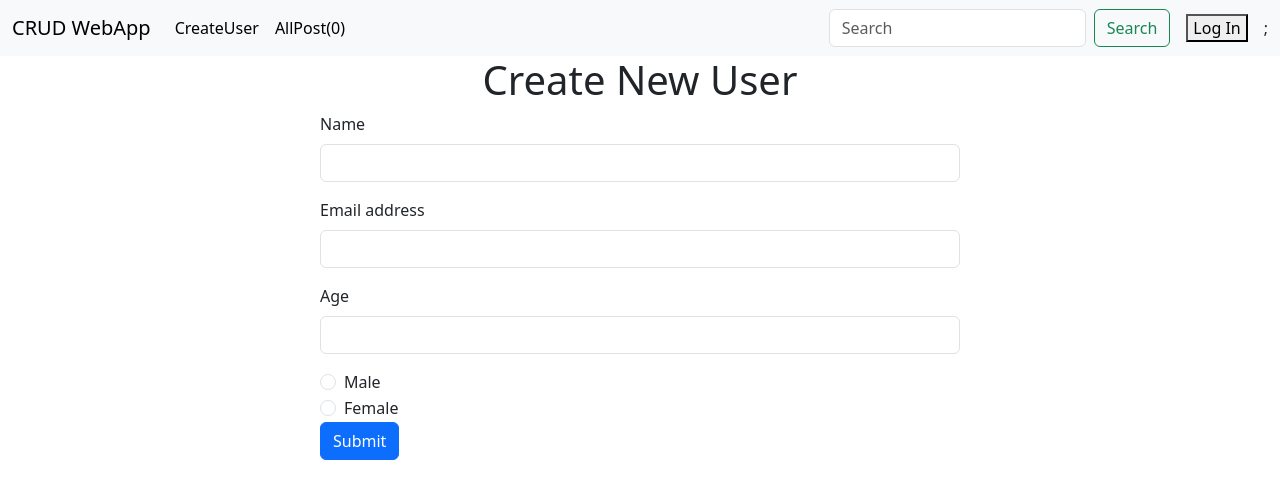
Repository: suraj-yadav7/createpost-redux
Page: /
An editor plug-in stored every save of this project. The page is shown before and after the next save, followed by the edit.
The browser window is 1280 px wide. The pictures show the whole page.
The project was rebuilt for these pictures with package versions that can differ from the ones it lists, and the page was loaded fresh each time. Also part of the build but not shown: vite.config.js, src/App.css, src/assets/viewuser.css, src/components/ViewUser.jsx, src/components/UpdateUser.jsx, src/components/Read.jsx, src/index.css.

Above is the page before, as saved 2023-05-25 23:34:44.

### index.html
<!DOCTYPE html>
<html lang="en">
  <head>
    <meta charset="UTF-8" />
    <link rel="icon" type="image/svg+xml" href="/vite.svg" />
    <meta name="viewport" content="width=device-width, initial-scale=1.0" />
    <link href="https://cdn.jsdelivr.net/npm/bootstrap@5.3.0-alpha3/dist/css/bootstrap.min.css" rel="stylesheet" integrity="sha384-KK94CHFLLe+nY2dmCWGMq91rCGa5gtU4mk92HdvYe+M/SXH301p5ILy+dN9+nJOZ" crossorigin="anonymous">
    <title>CRUD WebApp</title>
  </head>
  <body>
    <div id="root"></div>
    <script type="module" src="/src/main.jsx"></script>
    <script src="https://cdn.jsdelivr.net/npm/bootstrap@5.3.0-alpha3/dist/js/bootstrap.bundle.min.js" integrity="sha384-ENjdO4Dr2bkBIFxQpeoTz1HIcje39Wm4jDKdf19U8gI4ddQ3GYNS7NTKfAdVQSZe" crossorigin="anonymous"></script>
  </body>
</html>
  </body>
</html>

### src/main.jsx
import React from 'react'
import ReactDOM from 'react-dom/client'
import App from './App.jsx'
import './index.css'
import { Provider } from 'react-redux'
import store from "./store/store.jsx"
import { Auth0Provider } from "@auth0/auth0-react";

ReactDOM.createRoot(document.getElementById('root')).render(
  <Auth0Provider
  domain="dev-f0vrvzicx3fqszs1.us.auth0.com"
  clientId="TATqhhZI6gkrUFpzIdMG64wIT1x1fYov"
  authorizationParams={{
    redirect_uri: window.location.origin
  }}
>
  <Provider store={store}>
    <App />
  </Provider>
  </Auth0Provider>,
)

### src/App.jsx
import React, { useState } from 'react'
import './App.css'
import Navbar from './components/Navbar'
import Read from './components/Read'
import UpdateUser from "./components/UpdateUser"
import { BrowserRouter as Router,Routes,Route } from 'react-router-dom'
import CreateData from './components/CreateData.jsx'

function App() {

  return (
    <>
    <Router>
    <Navbar />
    <Routes>
    <Route exact path="/" element={<CreateData />} />
    <Route exact path="/read" element={<Read />} />
    <Route exact path="/edit/:id" element={<UpdateUser />} />
    </Routes>
    </Router>
    </>
  )
}

export default App

### src/store/store.jsx
import { configureStore } from "@reduxjs/toolkit";
import userDetail from "./slice/userDetail"

const store = configureStore({
    reducer:{
        users:userDetail
    }
})

export default store;

### src/components/Navbar.jsx
import React, { useEffect, useState } from 'react'
import { useSelector } from 'react-redux'
import { Link } from 'react-router-dom'
import { useDispatch } from 'react-redux'
import {searchUser} from  '../store/slice/userDetail'
import { useAuth0 } from "@auth0/auth0-react";

const Navbar = () => {
  const allusers = useSelector((state)=>state.users.user)
  const [searchVal, setSearchVal] = useState("")
  const dispatch = useDispatch()
  console.log("The search val", searchVal)

  const { loginWithRedirect } = useAuth0();

  useEffect(()=>{
    dispatch(searchUser(searchVal))

  },[searchVal])
  return (
    <>
      <nav className="navbar navbar-expand-lg bg-body-tertiary">
        <div className="container-fluid">
          <Link to="/" className="navbar-brand" >CRUD WebApp</Link>
          <button className="navbar-toggler" type="button" data-bs-toggle="collapse" data-bs-target="#navbarSupportedContent" aria-controls="navbarSupportedContent" aria-expanded="false" aria-label="Toggle navigation">
            <span className="navbar-toggler-icon"></span>
          </button>
          <div className="collapse navbar-collapse" id="navbarSupportedContent">
            <ul className="navbar-nav me-auto mb-2 mb-lg-0">
              <li className="nav-item">
                <Link to="/" className="nav-link active" aria-current="page" >CreateUser</Link>
              </li>
              <li className="nav-item">
                <Link to="/read" className="nav-link active" >AllPost({allusers.length})</Link>
              </li>
            </ul>
            <form className="d-flex" role="search">
              <input className="form-control me-2" type="search" onChange={(e)=>setSearchVal(e.target.value)} placeholder="Search" aria-label="Search" />
              <button className="btn btn-outline-success" type="submit">Search</button>
            </form>
            <button style={{padding:"0 5px", margin:"0 1rem"}} onClick={() => loginWithRedirect()}>Log In</button>;
          </div>
        </div>
      </nav>
    </>
  )
}

export default Navbar

### src/components/CreateData.jsx
import React, {useState} from 'react'
import { useDispatch } from 'react-redux'
import { useNavigate } from 'react-router-dom'
import { createUser } from '../store/slice/userDetail'


const CreateData = () => {

    const [data, SetData]=useState({})
    const handleData= (e)=>{
        SetData({...data, [e.target.name]:e.target.value})
        console.log(data)
    }

    const dispatch = useDispatch()
    const navigate = useNavigate()

    const handleSubmit = (e)=>{
        e.preventDefault()
        dispatch(createUser(data))
        navigate("/read")
    }
    return (
        <>
             <h1 style={{textAlign:"center"}}>Create New User</h1>
            <form className='w-50 mx-auto' onSubmit={handleSubmit}>
                <div className="mb-3">
                    <label htmlFor="exampleInputEmail1" className="form-label">Name</label>
                    <input type="text" className="form-control" name="name" onChange={handleData} id="exampleInputEmail1" aria-describedby="emailHelp" />
                </div>
                <div className="mb-3">
                    <label htmlFor="exampleInputEmail1" className="form-label">Email address</label>
                    <input type="email" className="form-control" name="email" onChange={handleData} id="exampleInputEmail1" aria-describedby="emailHelp" />
                </div>
                <div className="mb-3">
                    <label htmlFor="exampleInputEmail1" className="form-label">Age</label>
                    <input type="text" className="form-control" name="age" onChange={handleData} id="exampleInputEmail1" aria-describedby="emailHelp" />
                </div>
                <div className='mx-auto'>
                    <div className="form-check">
                        <input className="form-check-input" type="radio" name="gender" value="male" onChange={handleData} id="flexRadioDefault1" />
                        <label className="form-check-label"  htmlFor="flexRadioDefault1">
                            Male
                        </label>
                    </div>
                    <div className="form-check">
                        <input className="form-check-input" type="radio" name="gender" value="female" onChange={handleData} id="flexRadioDefault2" />
                        <label className="form-check-label" htmlFor="flexRadioDefault2">
                            Female
                        </label>
                    </div>
                </div>
                <button type="submit" className="btn btn-primary" >Submit</button>
            </form>
        </>
    )
}

export default CreateData

### src/store/slice/userDetail.jsx
import { createSlice, createAsyncThunk } from "@reduxjs/toolkit";

// Creating a user
export const createUser = createAsyncThunk("createUser", async(data, {rejectWithValue})=>{
    let response = await fetch("https://646273424dca1a661346b571.mockapi.io/crud",{
    method:"POST",
    headers:{
        "content-type":"application/json"
    },
    body:JSON.stringify(data)
                })

    try{
        let apiData = await response.json()
        console.log("The dat in createuser", apiData)
        return apiData
    }
    catch(error){
        rejectWithValue(error)
    }
} )

// reading user data in allUser page
export const showUser = createAsyncThunk("showUser", async(arg,{rejectWithValue})=>{
    let response = await fetch("https://646273424dca1a661346b571.mockapi.io/crud")
    try{
        let apiData = await response.json()
        // console.log("the fetched", apiData)
        return apiData
    }
    catch(error){
        rejectWithValue(error)
    }
})

// Deleting user from database
export const deleteUser = createAsyncThunk("deleteUser", async(id,{rejectWithValue})=>{
    let response = await fetch(`https://646273424dca1a661346b571.mockapi.io/crud/${id}`,{
        method:"DELETE"
    })
    try{
        let apiData = await response.json()
        // console.log("the fetched", apiData)
        return apiData
    }
    catch(error){
        rejectWithValue(error)
    }
})

// Handling update user-data
export const updateUser = createAsyncThunk("editUser", async(data,{rejectWithValue})=>{
    let response = await fetch(`https://646273424dca1a661346b571.mockapi.io/crud/${data.id}`,{
        method:"PUT",
        headers:{
            "content-type":"application/json"
        },
        body:JSON.stringify(data)
                    })
    try{
        let apiData = await response.json()
        // console.log("the fetched", apiData)
        return apiData
    }
    catch(error){
        rejectWithValue(error)
    }
})

const userDetail= createSlice({
    name:"userDetail",
    initialState:{
        user:[],
        loading:false,
        error:null,
        searchValue:"",
        genderValue:"",
        favouriteData:[]
    },

    reducers:{
        searchUser(state,action){
            state.searchValue=action.payload
        },

        genderShow(state,action){
            state.genderValue=action.payload
        },


    },


    extraReducers:{
        // handling create new user
        [createUser.pending]:(state)=>{
            state.loading=true
        },
        [createUser.fulfilled]:(state,action)=>{
            state.user.push(action.payload)
        },
        [createUser.rejected]:(state,action)=>{
            state.error=action.payload.message
        },
        // handling show user
        [showUser.pending]:(state)=>{
            state.loading=true
        },
        [showUser.fulfilled]:(state,action)=>{
            state.user= action.payload

        },
        [showUser.rejected]:(state,action)=>{
            state.error=action.payload
        },
        // handling delete existing user
        [deleteUser.pending]:(state)=>{
            state.loading=true
        },
        [deleteUser.fulfilled]:(state,action)=>{
            const {id} = action.payload
            if(id){
                state.user=state.user.filter((elem)=>elem.id !== id)
            }

        },
        [deleteUser.rejected]:(state,action)=>{
            state.error=action.payload
        },

        // Handling edit user data
        [updateUser.pending]:(state)=>{
            state.loading=true
        },
        [updateUser.fulfilled]:(state,action)=>{
            if(action.payload.id){
               state.user= state.user.map((elem)=>(
                elem.id === action.payload.id ? action.payload : elem))
            }

        },
        [updateUser.rejected]:(state,action)=>{
            state.error=action.payload
        },
    }

})

export default userDetail.reducer
export const {searchUser,genderShow} = userDetail.actions

After the next save:
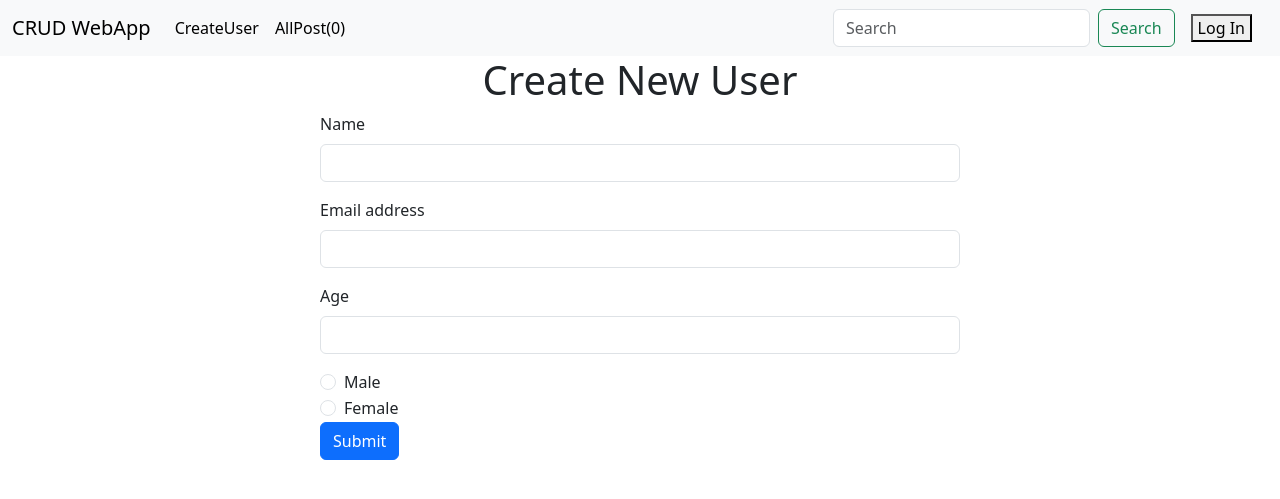
Saved 9 s later.
--- a/src/components/Navbar.jsx
+++ b/src/components/Navbar.jsx
@@ -38,7 +38,7 @@ const Navbar = () => {
               <input className="form-control me-2" type="search" onChange={(e)=>setSearchVal(e.target.value)} placeholder="Search" aria-label="Search" />
               <button className="btn btn-outline-success" type="submit">Search</button>
             </form>
-            <button style={{padding:"0 5px", margin:"0 1rem"}} onClick={() => loginWithRedirect()}>Log In</button>;
+            <button style={{padding:"0 5px", margin:"0 1rem"}} onClick={() => loginWithRedirect()}>Log In</button>
           </div>
         </div>
       </nav>
